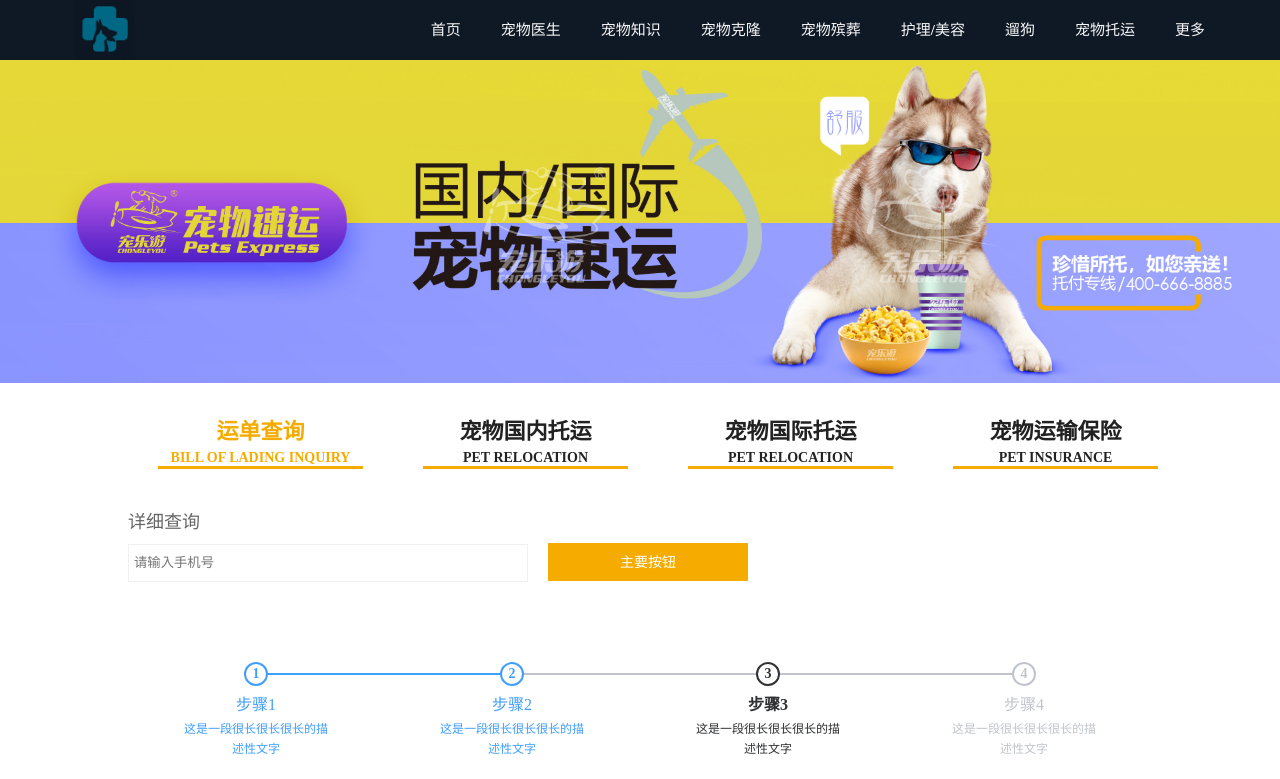
Repository: Sharang-heng/pet-hospital
Page: /petTransport
An editor plug-in stored every save of this project. The page is shown before and after the next save, followed by the edit.
The browser window is 1280 px wide. The pictures show the whole page.
The project was rebuilt for these pictures with package versions that can differ from the ones it lists, and the page was loaded fresh each time. Also part of the build but not shown: vue.config.js, src/components/home_short.vue, src/views/HomePage.vue, src/components/footer.vue, src/views/counsel.vue, src/views/doctor.vue, src/views/knowledge.vue, src/views/clone.vue and 13 more. Imported but missing from the stored project, and not drawn on this page: src/assets/video/homepage.mp4.

Above is the page before, as saved 2021-01-13 19:48:56.

After the next save:
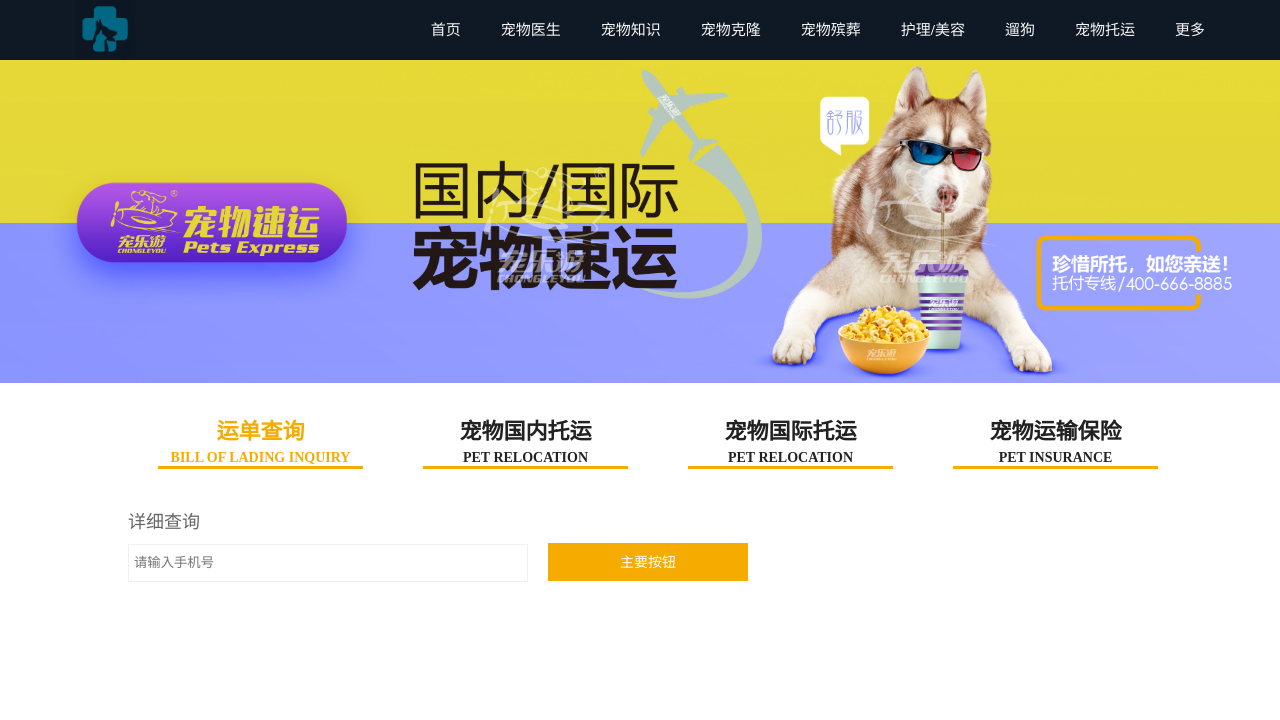
Saved 98 s later.
--- a/src/views/petTransport.vue
+++ b/src/views/petTransport.vue
@@ -26,9 +26,9 @@
                 class="input_class"
                 placeholder="请输入手机号"
               />
-              <el-button type="primary" class="send_button">主要按钮</el-button>
+              <el-button type="primary" class="send_button" @click="showStep=true">主要按钮</el-button>
             </div>
-            <div  class="stepOne">
+            <div  class="stepOne" v-show="showStep">
               <el-steps :active="2" align-center>
                 <el-step
                   title="步骤1"
@@ -69,6 +69,7 @@
         { topTest: "宠物国际托运", bottomTest: "PET  RELOCATION" },
         { topTest: "宠物运输保险", bottomTest: "PET  INSURANCE" },
       ],
+      showStep:false,
       showDetail: 0,
     };
   },
